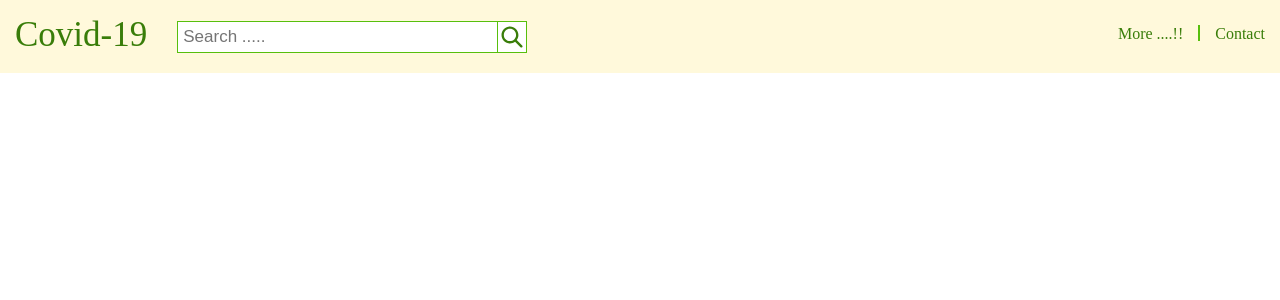
Repository: thuongton98/Covid
Page: html-css-js/index.html
The author's editor kept a copy of each file at every save. The page is drawn from the files as they stood at one save, then again after the next save.
The browser window is 1280 px wide. The pictures show the whole page.

Above is the page before, as saved 2021-07-01 09:23:16.

### html-css-js/index.html
<!DOCTYPE html>
<html lang="en">
<head>
    <meta charset="UTF-8">
    <meta http-equiv="X-UA-Compatible" content="IE=edge">
    <meta name="viewport" content="width=device-width, initial-scale=1.0">

    <link rel="stylesheet" href="./styles.css">
    <title>Covid-19</title>
</head>
<body>
    <nav>
        <div class="icon">
            <div class="icon-i">Covid-19</div>
            <div class="icon-search">
                <input type="text" placeholder="Search .....">
                <svg fill="#000000" xmlns="http://www.w3.org/2000/svg"  viewBox="0 0 48 48" width="48px" height="48px"><path d="M 20.5 6 C 12.515556 6 6 12.515562 6 20.5 C 6 28.484438 12.515556 35 20.5 35 C 23.773158 35 26.788919 33.893018 29.220703 32.050781 L 38.585938 41.414062 A 2.0002 2.0002 0 1 0 41.414062 38.585938 L 32.050781 29.220703 C 33.893017 26.788918 35 23.773156 35 20.5 C 35 12.515562 28.484444 6 20.5 6 z M 20.5 10 C 26.322685 10 31 14.677319 31 20.5 C 31 23.295711 29.914065 25.820601 28.148438 27.697266 A 2.0002 2.0002 0 0 0 27.701172 28.144531 C 25.824103 29.912403 23.29771 31 20.5 31 C 14.677315 31 10 26.322681 10 20.5 C 10 14.677319 14.677315 10 20.5 10 z"/></svg>
            </div>

        </div>
        <ul class="nav-i">
            <li>More ....!!</li>
            <li>Contact</li>
        </ul>
    </nav>
</body>
</html>

### html-css-js/styles.css

*{
    padding: 0;
    margin: 0;
    box-sizing: border-box;
}



nav{
    background-color: #fff9db;
    display: flex;
    justify-content: space-between;
    padding:15px
}


nav .icon{
    display: flex;
}

nav .nav-i{
    display: flex;
}

nav .nav-i li{
    list-style: none;
    padding-right: 15px;
    padding-top:10px;
    color:#397d09;
    cursor: pointer;

}

nav .nav-i li:hover{
    color:#57bf0d;
}

nav .nav-i li:last-child{
    padding-right:0;
}

nav .nav-i li:after{
    content: '';
    border: 1px solid #57bf0d;
    margin-left:15px;
    font-size: 12px;
    position: relative;
    top:-2px;
}

nav .nav-i li:last-child::after{
    display: none;
}

nav .icon .icon-i{
    font-size: 35px;
    color: #397d09;
    cursor: pointer;
}

nav .icon .icon-search{
    margin-left:30px;
    position: relative;
   top:-5px;
}


nav .icon .icon-search input{
   padding: 5px;
   width: 350px;
   outline: none;
   border: none;
   font-size: 17px;
   border:1px solid #57bf0d;


}

nav .icon .icon-search svg{
    fill: #397d09;
    cursor: pointer;
    width: 30px;
    height: 32px;
    position: relative;
    border: 1px solid #57bf0d;
    position: relative;
    left: -34px;
    top:11px;
}

nav .icon .icon-search svg:hover{

    fill:#57bf0d
}

After the next save:
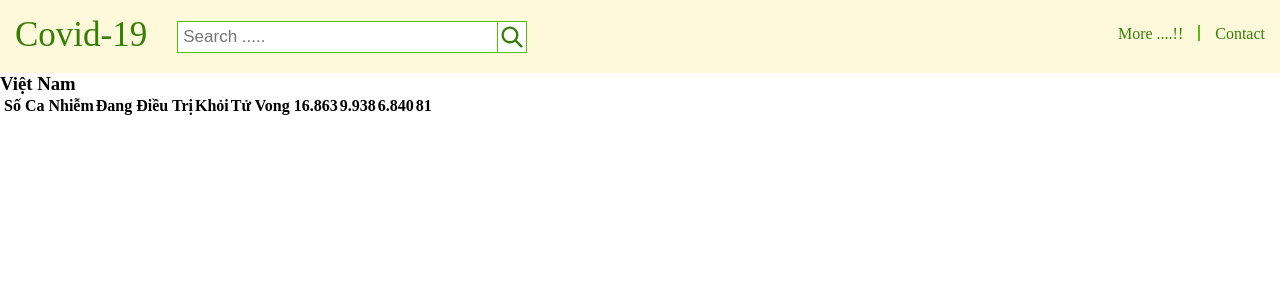
Saved 14 min 43 s later.
--- a/html-css-js/index.html
+++ b/html-css-js/index.html
@@ -23,5 +23,24 @@
             <li>Contact</li>
         </ul>
     </nav>
+    <section class="case">
+        <div>
+            <h3>Việt Nam</h3>
+            <table>
+                <td>
+                    <th>Số Ca Nhiễm</th>
+                    <th>Đang Điều Trị</th>
+                    <th>Khỏi</th>
+                    <th>Tử Vong</th>
+                </td>
+                <td>
+                    <th>16.863</th>
+                    <th>9.938</th>
+                    <th>6.840</th>
+                    <th>81</th>
+                </td>
+            </table>
+        </div>
+    </section>
 </body>
 </html>
